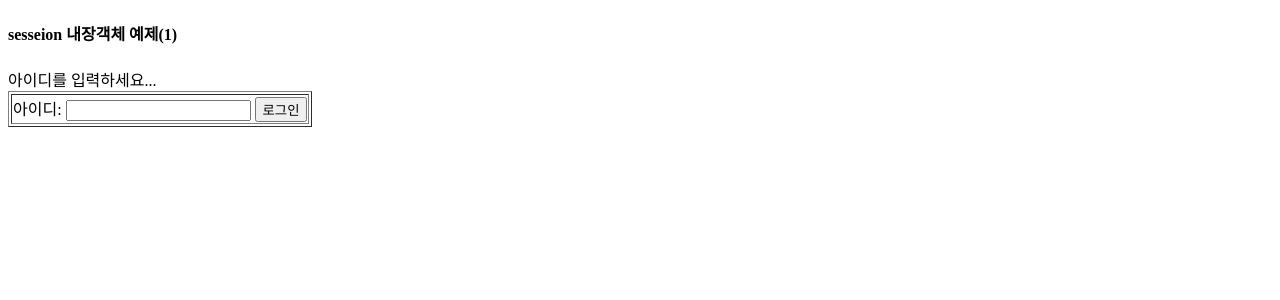
Repository: psyoongsc/LauguageStudy
Page: http://localhost/jspStudy/ch5/ex05-04.jsp
An editor plug-in stored every save of this project. The page is shown before and after the next save, followed by the edit.
The browser window is 1280 px wide. The pictures show the whole page.
The page is served by Tomcat 9.

Above is the page before, as saved 2018-07-09 06:33:08.

After the next save:
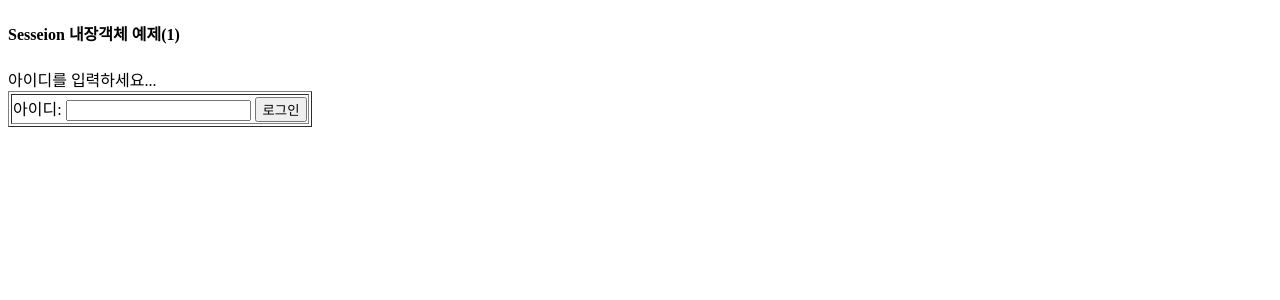
Saved 113 s later.
--- a/JSP/jspStudy/WebContent/ch5/ex05-04.jsp
+++ b/JSP/jspStudy/WebContent/ch5/ex05-04.jsp
@@ -4,10 +4,10 @@
 <html>
 <head>
 <meta charset="UTF-8">
-<title>session 내장객체 예제(1)</title>
+<title>Session 내장객체 예제(1)</title>
 </head>
 <body>
-	<h4>sesseion 내장객체 예제(1)</h4>
+	<h4>Sesseion 내장객체 예제(1)</h4>
 	아이디를 입력하세요...
 	<form method="post">
 		<table border="1">
